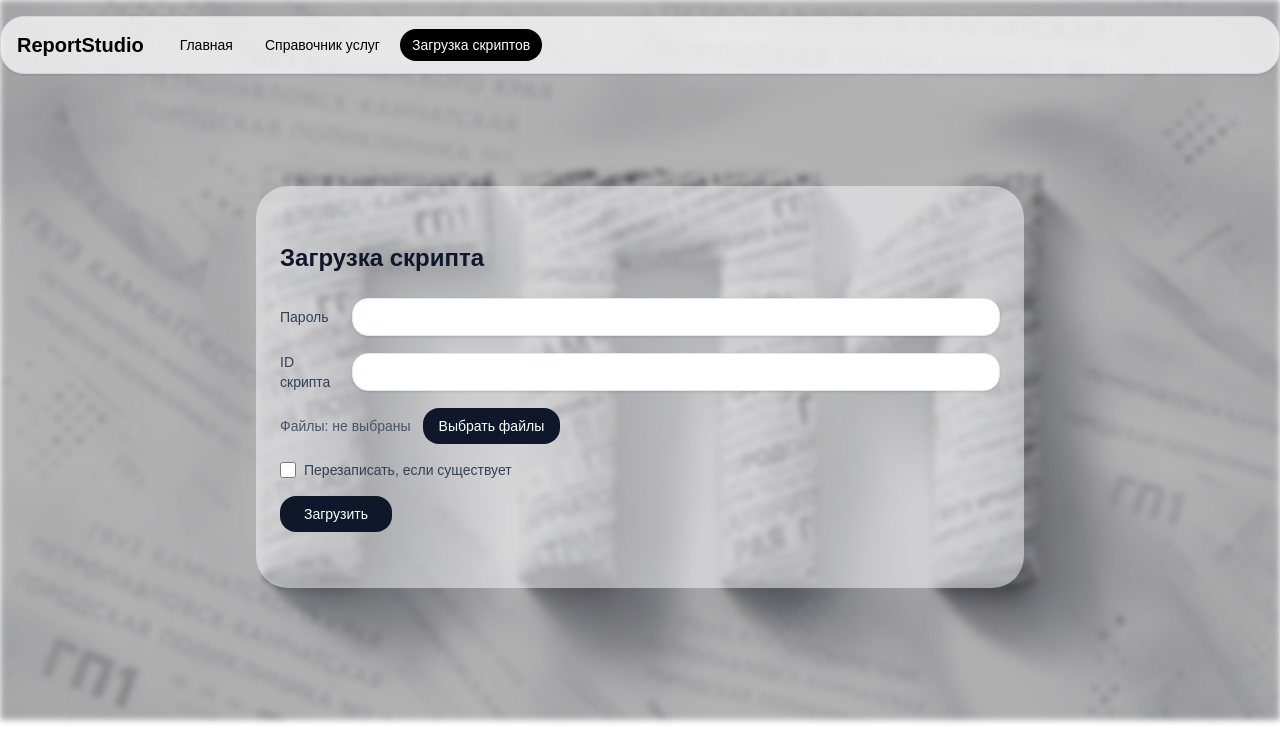
Repository: vladzap2423/report_studio_v2
Page: /load
These files come from the project's save history. The page is drawn as it stood at one moment and after the next save; the edit follows.
The browser window is 1280 px wide. The pictures show the whole page.
The project was rebuilt for these pictures with package versions that can differ from the ones it lists, and the page was loaded fresh each time. The framework's server and built-in components were replaced by stand-ins that run in the browser. Also part of the build but not shown: next.config.ts.

Above is the page before, as saved 2026-03-17 15:24:56.

After the next save:
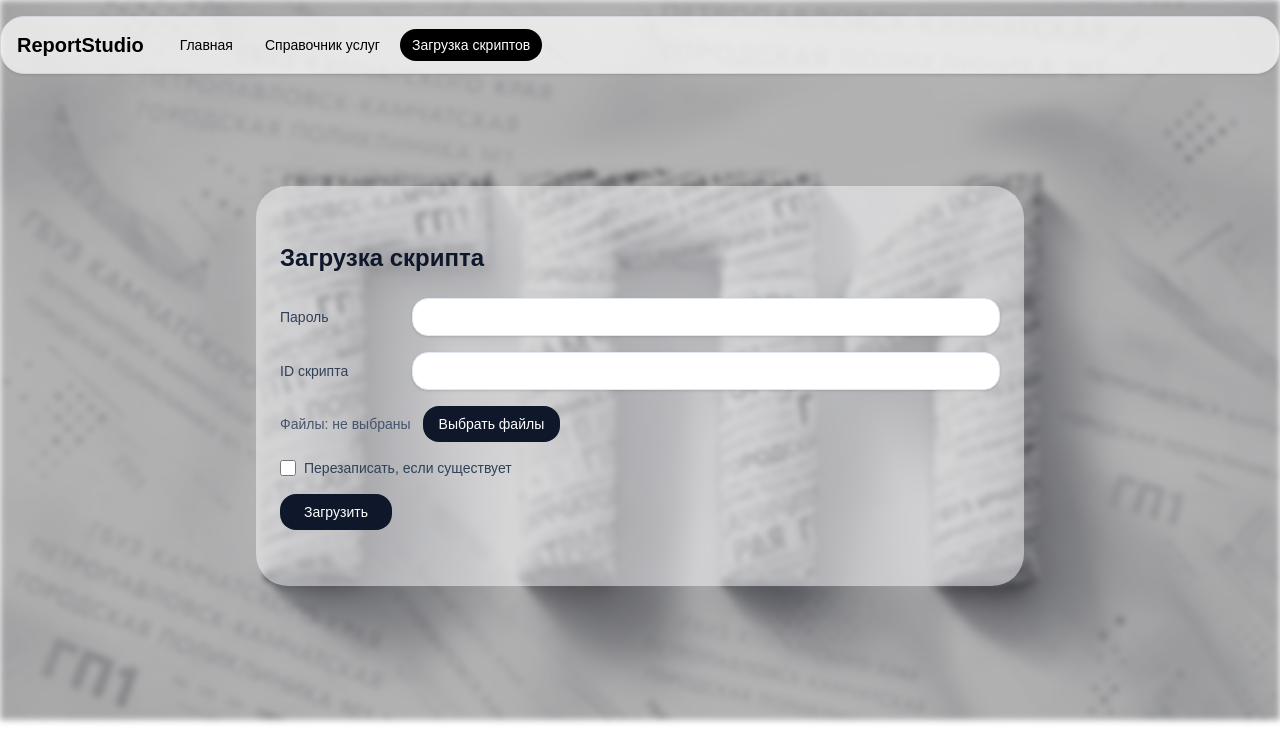
Saved 6 s later.
--- a/src/app/load/page.tsx
+++ b/src/app/load/page.tsx
@@ -56,7 +56,7 @@ export default function LoadPage() {
       <div className="mx-auto max-w-3xl px-6 py-14 bg-gray-50/50 rounded-4xl mt-28">
         <h1 className="text-2xl font-semibold text-slate-900 mb-6">Загрузка скрипта</h1>
 
-        <div className="grid gap-3 sm:grid-cols-[60px_1fr] sm:items-center mb-4">
+        <div className="grid gap-3 sm:grid-cols-[120px_1fr] sm:items-center mb-4">
           <label className="text-sm font-medium text-slate-700">Пароль</label>
           <input
             type="password"
@@ -66,7 +66,7 @@ export default function LoadPage() {
           />
         </div>
 
-        <div className="grid gap-3 sm:grid-cols-[60px_1fr] sm:items-center mb-4">
+        <div className="grid gap-3 sm:grid-cols-[120px_1fr] sm:items-center mb-4">
           <label className="text-sm font-medium text-slate-700">ID скрипта</label>
           <input
             type="text"
